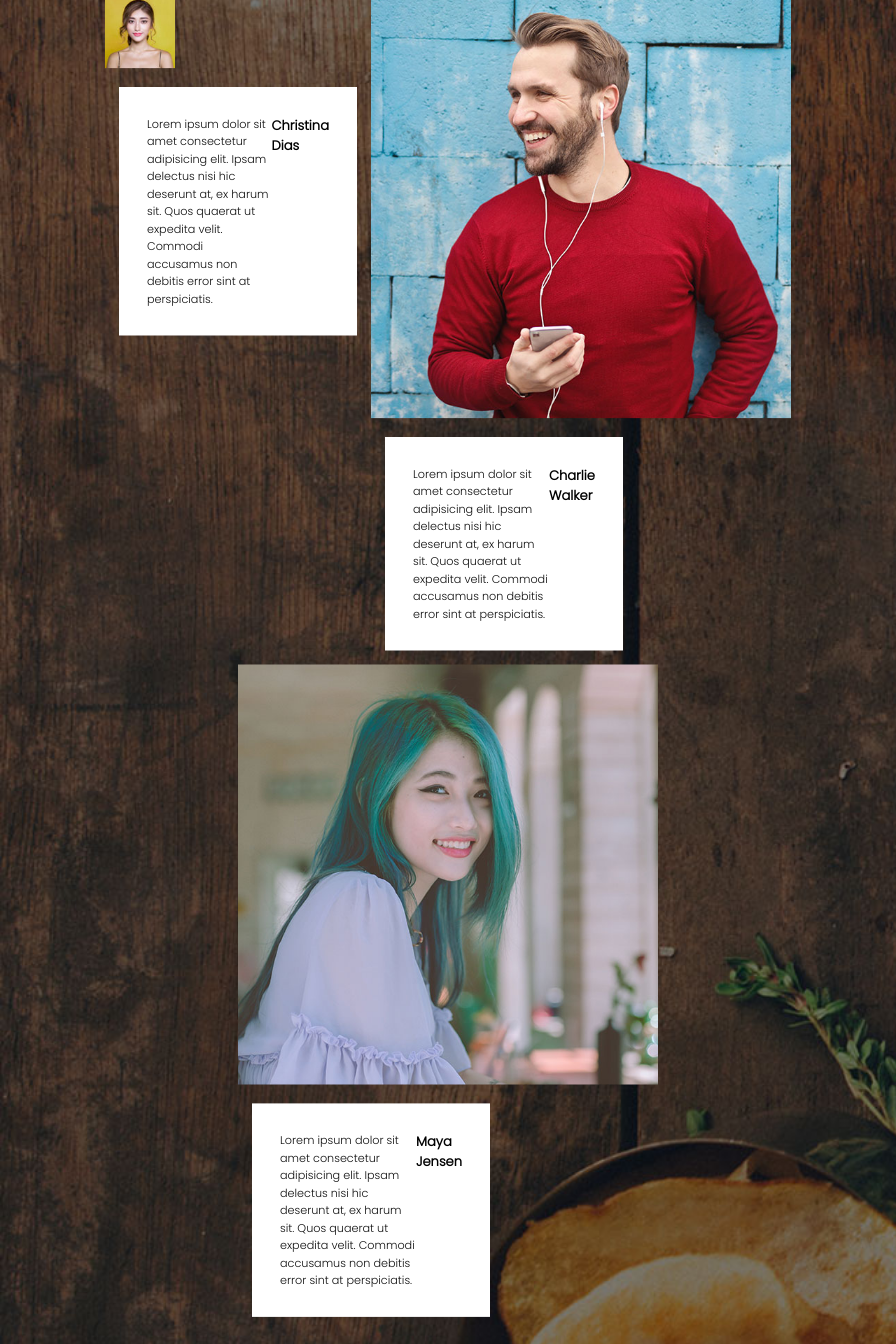
Repository: Adriandias1997/MobileFriendly_FoodWebsite
Page: index.html
The author's editor kept a copy of each file at every save. The page is drawn from the files as they stood at one save, then again after the next save.
The browser window is 1280 px wide. The pictures show the part of the page from y = 4266 to 6186 px (the page is 6267 px tall), at 70% of full size.

Above is the page before, as saved 2020-10-16 17:41:25.

### index.html
<!DOCTYPE html>
<html lang="en">

<head>
    <meta charset="UTF-8">
    <meta name="viewport" content="width=device-width, initial-scale=1.0">
    <title>Food</title>
    <link rel="stylesheet" href="style.css">
</head>

<body>
    <header>
        <a href="#" class="logo">Food <span>Corner</span></a>
        <ul class="navigation">
            <li><a href="#banner">Home</a></li>
            <li><a href="#about">About Us</a></li>
            <li><a href="#menu">Menu</a></li>
            <li><a href="#expert">Expert</a></li>
            <li><a href="#testimonials">Testimonials</a></li>
            <li><a href="#contact">Contact</a></li>
        </ul>

    </header>
    <section class="banner" id="banner">
        <div class="content">
            <h2>Always choose Good</h2>
            <p>Lorem ipsum dolor sit amet consectetur adipisicing elit. Ipsam delectus nisi hic deserunt at, ex harum sit. Quos quaerat ut expedita velit. Commodi accusamus non debitis error sint at perspiciatis.</p>

            <a href="#" class="btn">Our Menu</a>
        </div>
    </section>

    <section class="about" id="about">
        <div class="row">
            <div class="col50">
                <h2 class="titleText"><span>A</span>bout Us</h2>
                <p>Lorem ipsum dolor sit amet consectetur adipisicing elit. Dolorum vero quam, at fuga facilis maiores consequatur! Quibusdam possimus debitis sed alias, provident fuga voluptatem, tempora eligendi aliquid quaerat laudantium repellat. Lorem
                    ipsum dolor sit amet consectetur adipisicing elit. Dolorum vero quam, at fuga facilis maiores consequatur! Quibusdam possimus debitis sed alias, provident fuga voluptatem, tempora eligendi aliquid quaerat laudantium repellat. Lorem
                    ipsum dolor sit amet consectetur adipisicing elit. Dolorum vero quam, at fuga facilis maiores consequatur! Quibusdam possimus debitis sed alias, provident fuga voluptatem, tempora eligendi aliquid quaerat laudantium repellat.
                </p>
            </div>
            <div class="col50">
                <div class="imgBx">
                    <img src="./Images/img1.jpg" alt="">
                </div>
            </div>
        </div>
    </section>

    <section class="menu" id="menu">
        <div class="title">
            <h2 class="titleText">Our <span>M</span>enu</h2>
            <p>Lorem ipsum dolor sit amet consectetur adipisicing elit.
            </p>
        </div>
        <div class="content">
            <div class="box">
                <div class="imgBx">
                    <img src="Images/menu1.jpg" alt="">
                </div>
                <div class="text">
                    <h3>Special Salads</h3>
                </div>
            </div>
            <div class="box">
                <div class="imgBx">
                    <img src="Images/menu2.jpg" alt="">
                </div>
                <div class="text">
                    <h3>Special Soups</h3>
                </div>
            </div>
            <div class="box">
                <div class="imgBx">
                    <img src="Images/menu3.jpg" alt="">
                </div>
                <div class="text">
                    <h3>Special Pasta</h3>
                </div>
            </div>
            <div class="box">
                <div class="imgBx">
                    <img src="Images/menu4.jpg" alt="">
                </div>
                <div class="text">
                    <h3>Special Salads</h3>
                </div>
            </div>
            <div class="box">
                <div class="imgBx">
                    <img src="Images/menu5.jpg" alt="">
                </div>
                <div class="text">
                    <h3>Special Soups</h3>
                </div>
            </div>
            <div class="box">
                <div class="imgBx">
                    <img src="Images/menu6.jpg" alt="">
                </div>
                <div class="text">
                    <h3>Special Salads</h3>
                </div>
            </div>
        </div>
        <div class="title">
            <a href="#" class="btn">
                View All
            </a>
        </div>
    </section>
    <section class="expert" id="expert">
        <div class="title">
            <h2 class="titleText">Our Kitchen <span>E</span>xpert</h2>
            <p>Lorem ipsum dolor sit amet consectetur adipisicing elit.
            </p>
        </div>
        <div class="content">
            <div class="box">
                <div class="imgBx">
                    <img src="Images/expert1.jpg" alt="">
                </div>
                <div class="text">
                    <h3>Tyler Brook</h3>
                </div>
            </div>
            <div class="box">
                <div class="imgBx">
                    <img src="Images/expert2.jpg" alt="">
                </div>
                <div class="text">
                    <h3>Dino Blok</h3>
                </div>
            </div>
            <div class="box">
                <div class="imgBx">
                    <img src="Images/expert3.jpg" alt="">
                </div>
                <div class="text">
                    <h3>Melanie Sasha</h3>
                </div>
            </div>
            <div class="box">
                <div class="imgBx">
                    <img src="Images/expert4.jpg" alt="">
                </div>
                <div class="text">
                    <h3>Bevon Gomez</h3>
                </div>
            </div>
        </div>
    </section>

    <section class="testimonials" id="testimonials">
        <div class="title white">
            <h2 class="titleText">They <span>S</span>aid about Us</h2>
            <p>Lorem ipsum dolor sit amet consectetur adipisicing elit.
            </p>
        </div>
        <div class="content">
            <div class="box">

                <div class="imgBx">
                    <img src="Images/testi1.jpg" alt="">
                </div>
                <div class="text">
                    <p>Lorem ipsum dolor sit amet consectetur adipisicing elit. Ipsam delectus nisi hic deserunt at, ex harum sit. Quos quaerat ut expedita velit. Commodi accusamus non debitis error sint at perspiciatis.
                    </p>
                    <h3>Christina Dias</h3>
                </div>
            </div>
            <div class="box">

                <div class="imgBx">
                    <img src="Images/testi2.jpg" alt="">
                </div>
                <div class="text">
                    <p>Lorem ipsum dolor sit amet consectetur adipisicing elit. Ipsam delectus nisi hic deserunt at, ex harum sit. Quos quaerat ut expedita velit. Commodi accusamus non debitis error sint at perspiciatis.
                    </p>
                    <h3>Charlie Walker</h3>
                </div>
            </div>
            <div class="box">

                <div class="imgBx">
                    <img src="Images/testi3.jpg" alt="">
                </div>
                <div class="text">
                    <p>Lorem ipsum dolor sit amet consectetur adipisicing elit. Ipsam delectus nisi hic deserunt at, ex harum sit. Quos quaerat ut expedita velit. Commodi accusamus non debitis error sint at perspiciatis.
                    </p>
                    <h3>Maya Jensen</h3>
                </div>
            </div>
        </div>
    </section>
    <script src="index.js"></script>
</body>

</html>

### style.css
        @import url("https://fonts.googleapis.com/css2?family=Poppins:wght@300&display=swap");
        * {
            margin: 0;
            padding: 0;
            box-sizing: border-box;
            font-family: "Poppins", sans-serif;
            scroll-behavior: smooth;
        }

        p {
            font-weight: 300;
            color: #111;
        }
        /* body {
    min-height: 1000px;
} */

        .banner {
            position: relative;
            width: 100%;
            min-height: 100vh;
            display: flex;
            justify-content: center;
            align-items: center;
            background: url(./Images/bg.jpg);
            background-size: cover;
        }

        .banner .content {
            max-width: 900px;
            text-align: center;
        }

        .banner .content h2 {
            font-size: 5em;
            color: #fff;
        }

        .banner .content p {
            font-size: 1em;
            color: #fff;
        }

        .btn {
            font-size: 1em;
            color: #fff;
            background: #ff0157;
            display: inline-block;
            padding: 10px 30px;
            text-transform: uppercase;
            text-decoration: none;
            letter-spacing: 2px;
            transition: 0.5s;
        }

        .btn:hover {
            background-color: #fff;
            color: #ff0157;
            letter-spacing: 6px;
        }

        header {
            position: fixed;
            top: 0;
            left: 0;
            width: 100%;
            padding: 40px 100px;
            z-index: 10000;
            display: flex;
            justify-content: space-between;
            align-items: center;
            transition: 0.5s;
        }

        header.sticky {
            background: #fff;
            padding: 10px 100px;
            box-shadow: 0 5px 20px rgba(0, 0, 0, 0.05);
        }

        header .logo {
            color: #fff;
            font-weight: 700;
            text-decoration: none;
            font-size: 2em;
        }

        header.sticky .logo {
            color: #111;
        }

        header .logo span {
            color: #ff0157;
        }

        header .navigation {
            position: relative;
            display: flex;
        }

        header .navigation li {
            list-style: none;
            margin-left: 30px;
        }

        header .navigation li a {
            text-decoration: none;
            color: #fff;
            font-weight: 300;
        }

        header.sticky .navigation li a {
            color: #111;
            font-weight: 300;
        }

        header .navigation li a:hover {
            color: #ff0157;
        }

        section {
            padding: 100px;
        }

        .row {
            position: relative;
            width: 100%;
            display: flex;
            justify-content: space-between;
        }

        .row .col50 {
            position: relative;
            width: 48%;
        }

        .titleText {
            color: #111;
            font-size: 2em;
            font-weight: 400;
        }

        .titleText span {
            color: #ff0157;
            font-size: 1.5em;
            font-weight: 700;
        }

        .row .col50 .imgBx {
            position: relative;
            width: 100%;
            height: 100%;
            /* min-height: 300px; */
        }

        .row .col50 .imgBx img {
            position: relative;
            top: 0;
            left: 0;
            width: 100%;
            height: 100%;
            object-fit: cover;
        }

        .title {
            width: 100%;
            display: flex;
            justify-content: center;
            align-items: center;
            flex-direction: column;
        }

        .menu .content {
            display: flex;
            justify-content: center;
            flex-direction: row-reverse;
            flex-wrap: wrap;
            margin-top: 40px;
        }

        .menu .content .box {
            width: 340px;
            margin: 20px;
            border: 15px solid #fff;
            box-shadow: 0 5px 20px rgba(0, 0, 0, 0.08);
        }

        .menu .content .box .imgBx {
            position: relative;
            width: 100%;
            height: 300px;
        }

        .menu .content .box .imgBx img {
            position: absolute;
            top: 0;
            left: 0;
            width: 100%;
            height: 100%;
            object-fit: cover;
        }

        .menu .content .box .text {
            padding: 15px 0 5px;
        }

        .menu .content .box .text h3 {
            font-weight: 400;
            color: #111;
        }

        .expert .content {
            display: flex;
            justify-content: center;
            align-items: center;
            flex-wrap: wrap;
            flex-direction: row;
            margin-top: 40px;
        }

        .expert .content .box {
            width: 250px;
            margin: 15px;
        }

        .expert .content .box .imgBx {
            position: relative;
            width: 100%;
            height: 300px;
        }

        .expert .content .box .imgBx img {
            position: absolute;
            top: 0;
            left: 0;
            width: 100%;
            height: 100%;
            object-fit: cover;
        }

        .expert .content .box .text {
            padding: 15px 0 5px;
        }

        .expert .content .box .text h3 {
            font-weight: 400;
            color: #111;
        }

        .testimonials {
            background: url(./Images/bg2.jpg);
            background-size: cover;
        }

        .white .titleText,
        .white p {
            color: #fff;
        }

        .testimonials .content {
            display: flex;
            justify-content: center;
            flex-wrap: wrap;
            flex-direction: row;
            margin-top: 40px;
        }

        .testimonials .content .text {
            width: 340px;
            margin: 20px;
            padding: 40px;
            background: #fff;
            display: flex;
        }

### index.js
window.addEventListener('scroll', function() {
    const header = document.querySelector('header');
    header.classList.toggle('sticky', window.scrollY > 0);
});

After the next save:
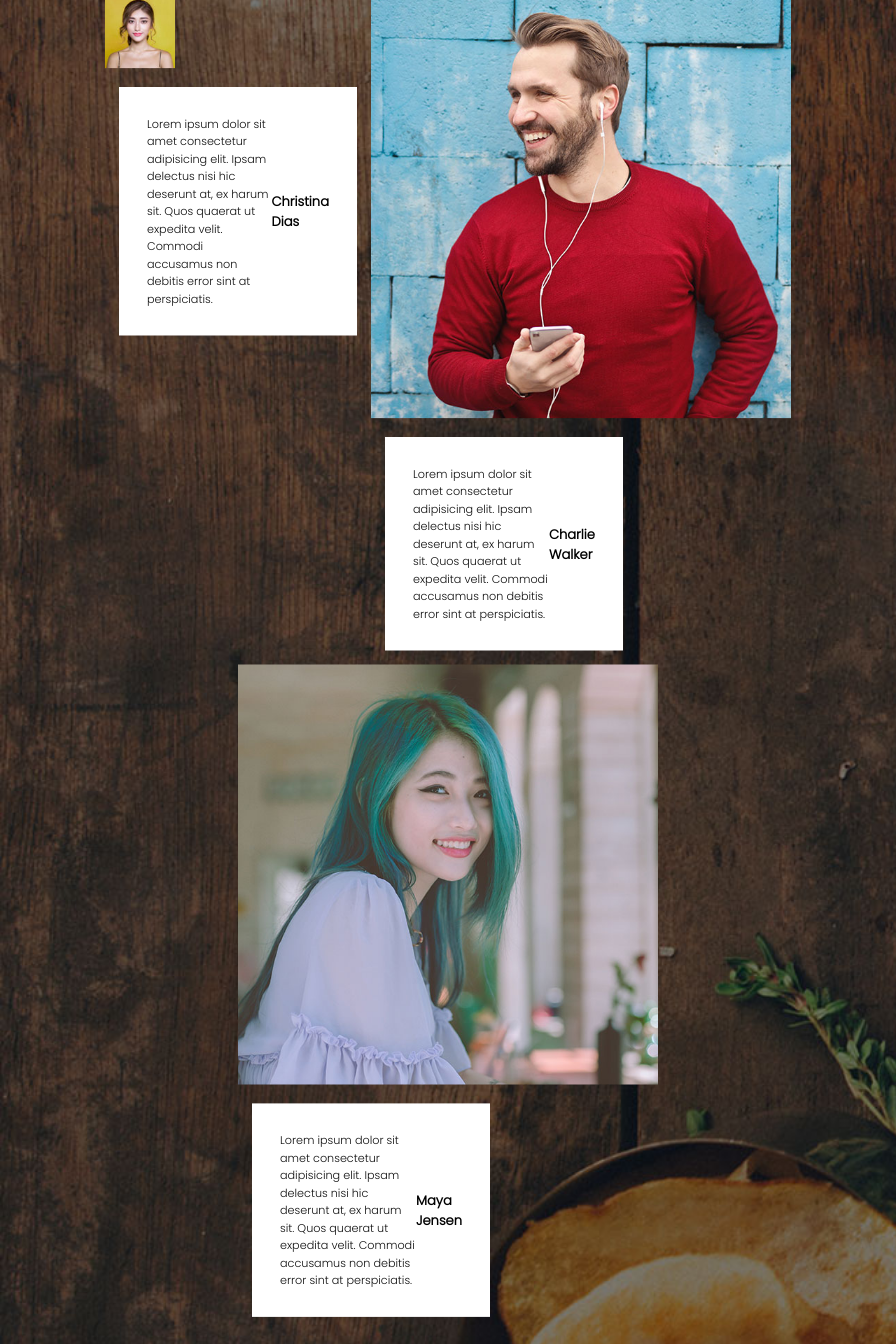
Saved 20 s later.
--- a/style.css
+++ b/style.css
@@ -271,4 +271,6 @@
             padding: 40px;
             background: #fff;
             display: flex;
-        }
+            justify-content: center;
+            align-items: center;
+        }
